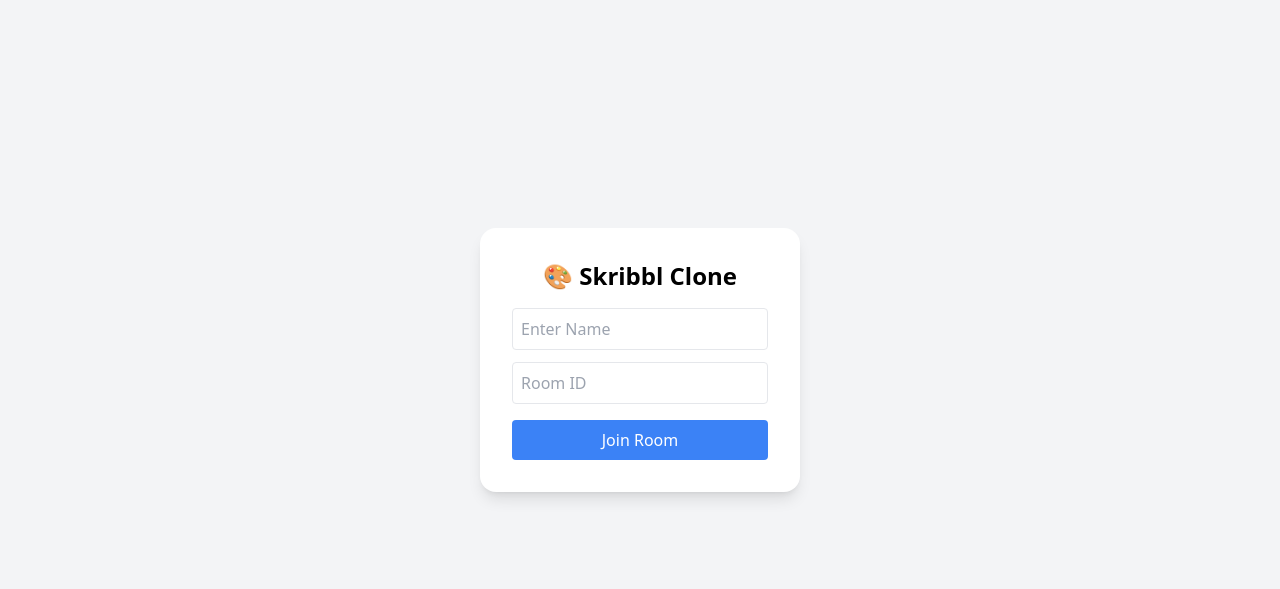
Repository: arpit-925/skibble.io
Page: / (app in client/)
An editor plug-in stored every save of this project. The page is shown before and after the next save, followed by the edit.
The browser window is 1280 px wide. The pictures show the whole page.
The page's requests for data from a server got no answer. The project was rebuilt for these pictures with package versions that can differ from the ones it lists, and the page was loaded fresh each time. No one was signed in, and anything a server would have sent is missing. Also part of the build but not shown: client/vite.config.js, client/src/socket/socket.js, client/src/hooks/useSocket.js, client/src/components/Toolbar.jsx, client/src/components/Canvas.jsx, client/src/components/Chat.jsx, client/src/components/Scoreboard.jsx, client/src/pages/Room.jsx.

Above is the page before, as saved 2026-04-13 22:34:08.

After the next save:
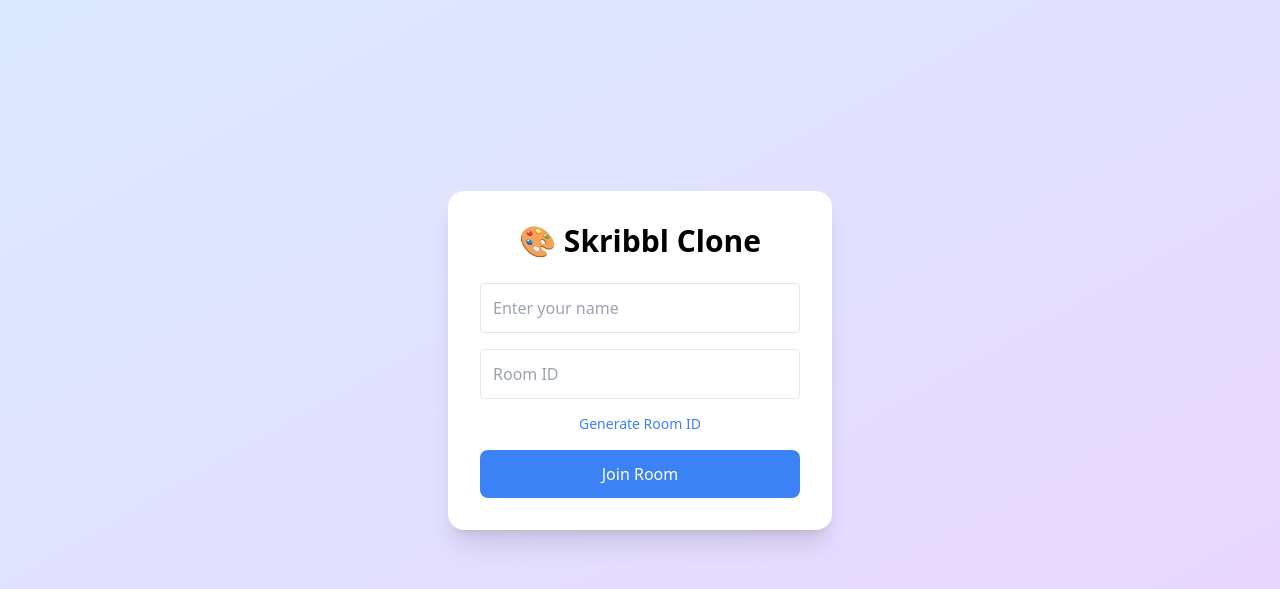
Saved 11 s later.
--- a/client/src/pages/Home.jsx
+++ b/client/src/pages/Home.jsx
@@ -6,35 +6,61 @@ export default function Home() {
   const [room, setRoom] = useState("");
   const navigate = useNavigate();
 
+  const generateRoomId = () => {
+    const id = Math.random().toString(36).substring(2, 8);
+    setRoom(id);
+  };
+
   const joinRoom = () => {
-    if (!name || !room) return;
+    if (!name || !room) {
+      alert("Please enter name and room ID");
+      return;
+    }
+
     navigate(`/room/${room}`, { state: { name } });
   };
 
   return (
-    <div className="h-screen flex items-center justify-center bg-gray-100">
-      <div className="bg-white p-8 rounded-2xl shadow-lg w-80 text-center">
-        <h1 className="text-2xl font-bold mb-4">🎨 Skribbl Clone</h1>
+    <div className="h-screen flex items-center justify-center bg-gradient-to-br from-blue-100 to-purple-200">
 
+      <div className="bg-white p-8 rounded-2xl shadow-xl w-96 text-center">
+
+        <h1 className="text-3xl font-bold mb-6">🎨 Skribbl Clone</h1>
+
+        {/* Name Input */}
         <input
-          className="w-full p-2 border rounded mb-3"
-          placeholder="Enter Name"
+          className="w-full p-3 border rounded mb-4 focus:outline-none focus:ring-2 focus:ring-blue-400"
+          placeholder="Enter your name"
+          value={name}
           onChange={(e) => setName(e.target.value)}
         />
 
+        {/* Room Input */}
         <input
-          className="w-full p-2 border rounded mb-4"
+          className="w-full p-3 border rounded mb-3 focus:outline-none focus:ring-2 focus:ring-blue-400"
           placeholder="Room ID"
+          value={room}
           onChange={(e) => setRoom(e.target.value)}
         />
 
+        {/* Generate Room */}
         <button
-          className="w-full bg-blue-500 text-white p-2 rounded hover:bg-blue-600"
+          onClick={generateRoomId}
+          className="text-sm text-blue-500 mb-4 hover:underline"
+        >
+          Generate Room ID
+        </button>
+
+        {/* Join Button */}
+        <button
           onClick={joinRoom}
+          className="w-full bg-blue-500 text-white p-3 rounded-lg hover:bg-blue-600 transition"
         >
           Join Room
         </button>
+
       </div>
+
     </div>
   );
 }
